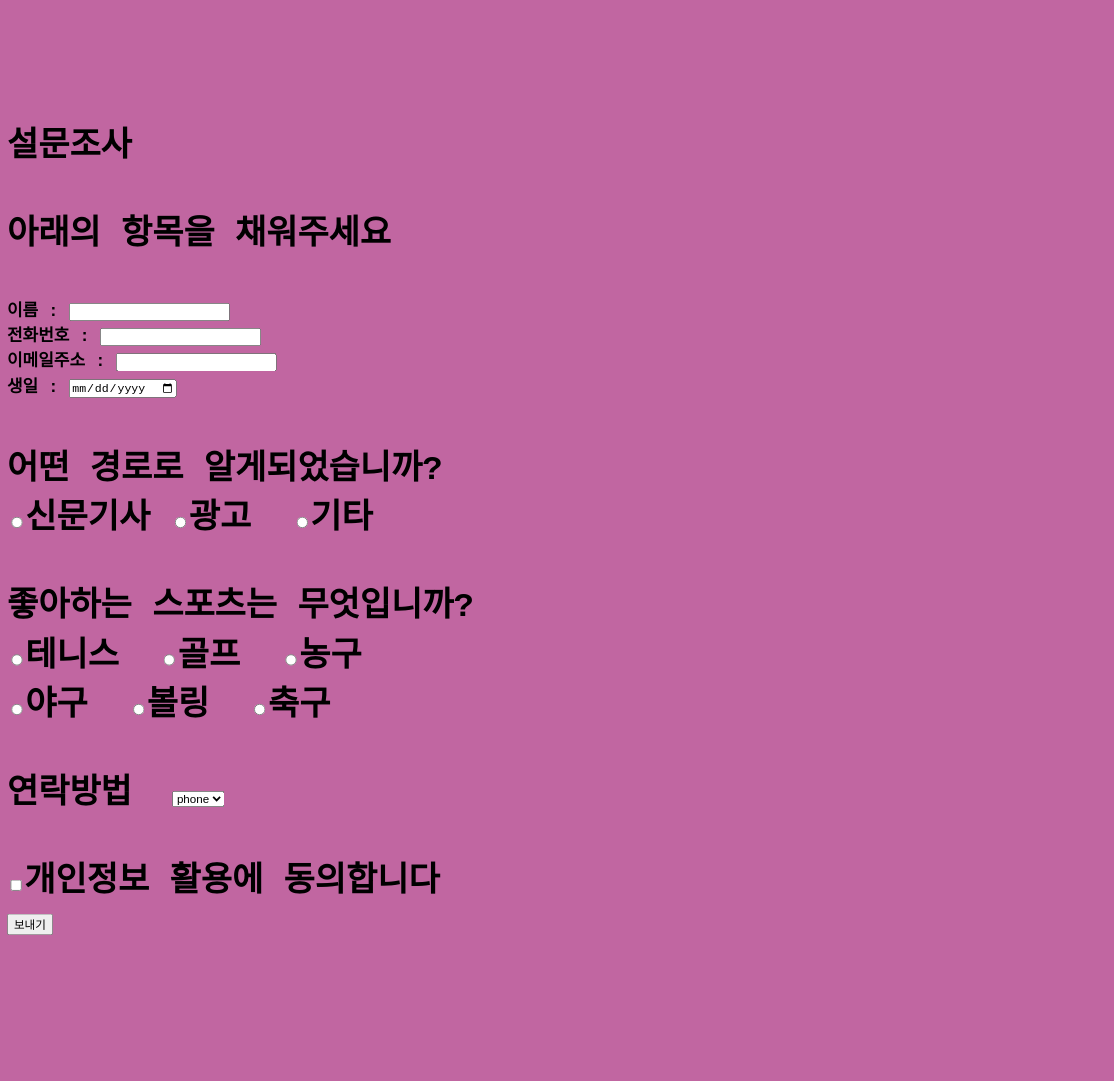
Repository: violetaplum/eclipseJSP
Page: http://localhost/JSP/jsp_DB/dao.jsp
These files come from the project's save history. The page is drawn as it stood at one moment and after the next save; the edit follows.
The browser window is 1280 px wide. The pictures show the whole page, at 87% of full size.
The page is served by Tomcat 9. Other server files are loaded and not shown.

Above is the page before, as saved 2019-06-12 10:04:44.

### JSP/WebContent/jsp_DB/dao.jsp
<%@page import="java.sql.PreparedStatement"%>
<%@page import="java.sql.DriverManager"%>
<%@page import="java.sql.Connection"%>
<%@page import="java.sql.ResultSet" %>
<%@page import="java.util.ArrayList"%>
<%-- <%@page import="telinfoDAO.TelInfoDAO"%>
<%@page import="telinfoVO.TelInfoVO"%> --%>
<%@ page language="java" contentType="text/html; charset=UTF-8"
    pageEncoding="UTF-8"%>
<%request.setCharacterEncoding("utf-8");%>

<%-- <%
response.setCharacterEncoding("utf-8");
TelInfoDAO tidao = new TelInfoDAO();
ArrayList<TelInfoVO> tiArray = tidao.getAllInfo();

%> --%>
<!DOCTYPE html>
<html>
<head>
  <style>
  body
  {
    background: #c166a1;
    align:center;
  }
  </style>

</head>
<body>
<h2>
<pre>

<form action="./dao2.jsp" method="get">
<h1>
설문조사

아래의 항목을 채워주세요
</h1>
이름 : <input type="text" name="name" />
전화번호 : <input type="text" name="tel" />
이메일주소 : <input type="text" name="email" />
생일 : <input type="date" name="birth" />

<h1>어떤 경로로 알게되었습니까?
<input type="radio" name="radio1" value="신문기사"/>신문기사 <input type="radio" name="radio1" value="광고"/>광고  <input type="radio" name="radio1" value="기타" />기타

좋아하는 스포츠는 무엇입니까?
<input type="radio" name="radio2" value="테니스" />테니스  <input type="radio" name="radio2" value="골프" />골프  <input type="radio" name="radio2" value="농구" />농구
<input type="radio" name="radio2" value="야구" />야구  <input type="radio" name="radio2" value="볼링" />볼링  <input type="radio" name="radio2" value="축구" />축구

연락방법  <select name="select" id="select" value="select">
          <option value="phone">
            phone
          </option>
          <option value="email">
            email
          </option>
          <option value="sms">
            sms
          </option>
</select>

<input type="checkbox" name="check" />개인정보 활용에 동의합니다
<input type="submit" value="보내기" />


</form>
</pre>


</h2>
</body>
</html>

After the next save:
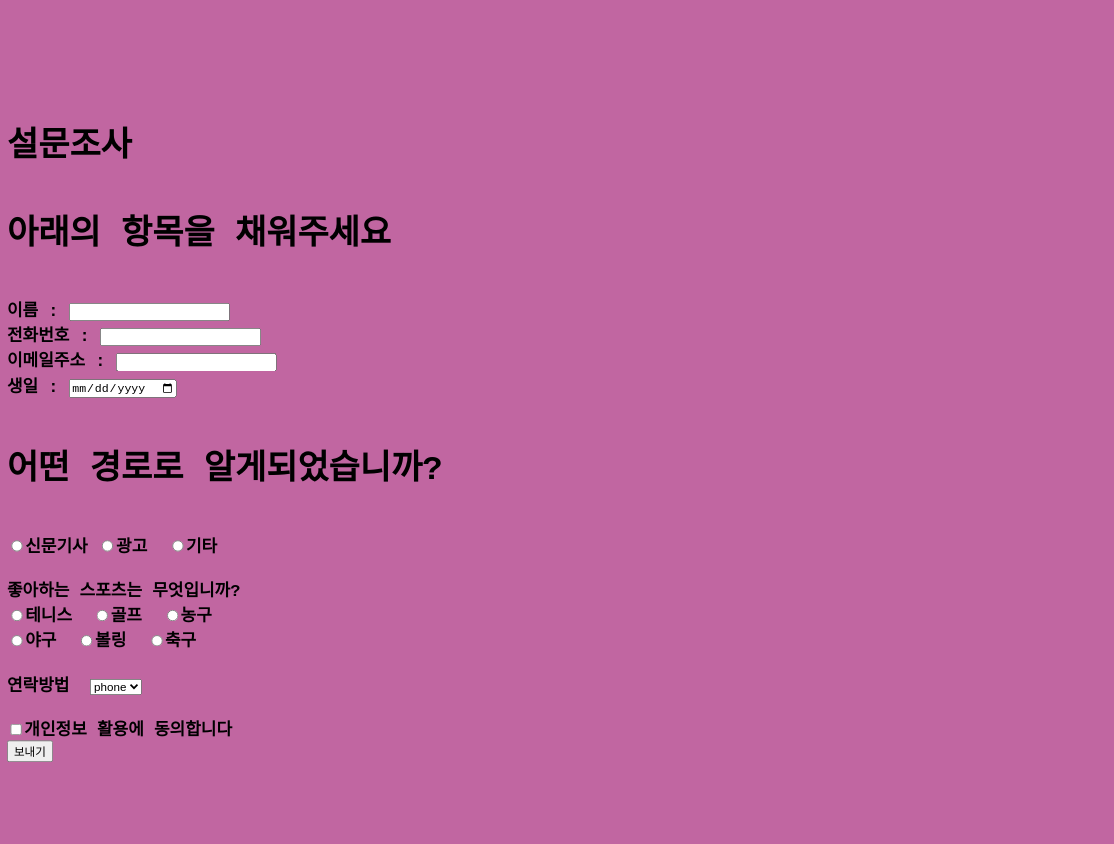
Saved 4 s later.
--- a/JSP/WebContent/jsp_DB/dao.jsp
+++ b/JSP/WebContent/jsp_DB/dao.jsp
@@ -42,7 +42,7 @@ ArrayList<TelInfoVO> tiArray = tidao.getAllInfo();
 이메일주소 : <input type="text" name="email" />
 생일 : <input type="date" name="birth" />
 
-<h1>어떤 경로로 알게되었습니까?
+<h1>어떤 경로로 알게되었습니까?</h1>
 <input type="radio" name="radio1" value="신문기사"/>신문기사 <input type="radio" name="radio1" value="광고"/>광고  <input type="radio" name="radio1" value="기타" />기타
 
 좋아하는 스포츠는 무엇입니까?
